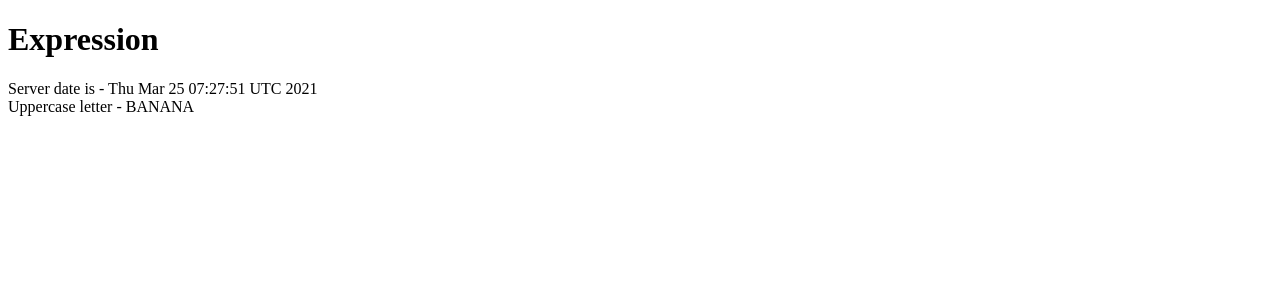
Repository: mrhpn/JavaEE--JSP-SERVLET
Page: http://localhost/JSP_JSTL/expression-demo.jsp
An editor plug-in stored every save of this project. The page is shown before and after the next save, followed by the edit.
The browser window is 1280 px wide. The pictures show the whole page.
The page is served by Tomcat 9.

Above is the page before, as saved 2021-03-25 08:18:37.

### JSP_JSTL/WebContent/expression-demo.jsp
<%@page import="java.util.Date"%>
<%@ page language="java" contentType="text/html; charset=UTF-8"
    pageEncoding="UTF-8"%>
<!DOCTYPE html>
<html>
<head>
<meta charset="UTF-8">
<title>Expression Demo</title>
</head>
<body>
	<h1>Expression</h1>

	Server date is - <%= new Date() %>
	<br>
	Uppercase letter - <%= new String("banana").toUpperCase() %>
	<br>

</body>
</html>

After the next save:
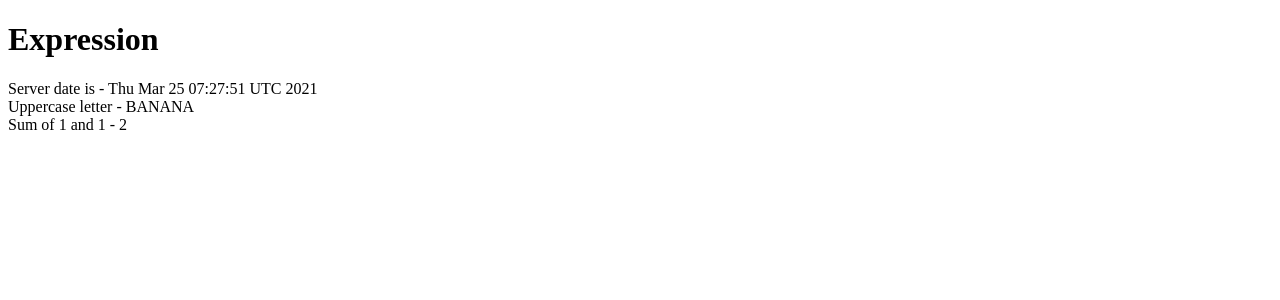
Saved 12 s later.
--- a/JSP_JSTL/WebContent/expression-demo.jsp
+++ b/JSP_JSTL/WebContent/expression-demo.jsp
@@ -14,6 +14,7 @@
 	<br>
 	Uppercase letter - <%= new String("banana").toUpperCase() %>
 	<br>
+	Sum of 1 and 1 - <%= 1 + 1 %>
 
 </body>
 </html>
